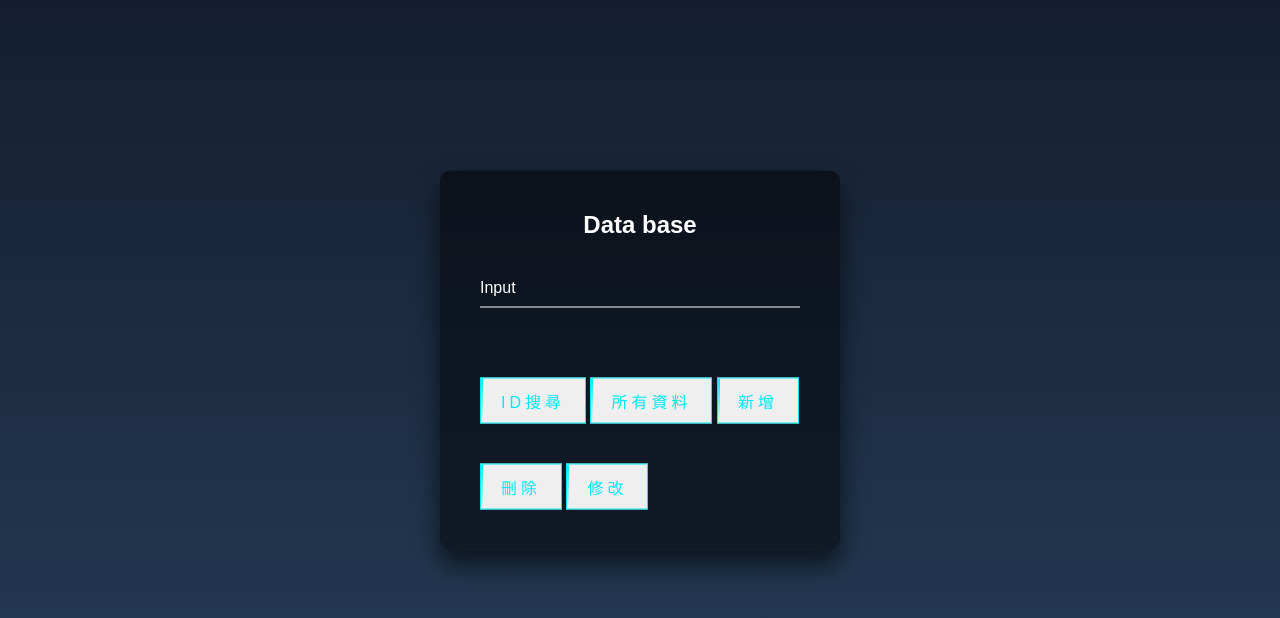
Repository: Ray917x/JaveEEforProject
Page: JSP/src/main/webapp/project/MainPageCSS.html
The author's editor kept a copy of each file at every save. The page is drawn from the files as they stood at one save, then again after the next save.
The browser window is 1280 px wide. The pictures show the whole page.

Above is the page before, as saved 2022-09-14 07:53:01.

After the next save:
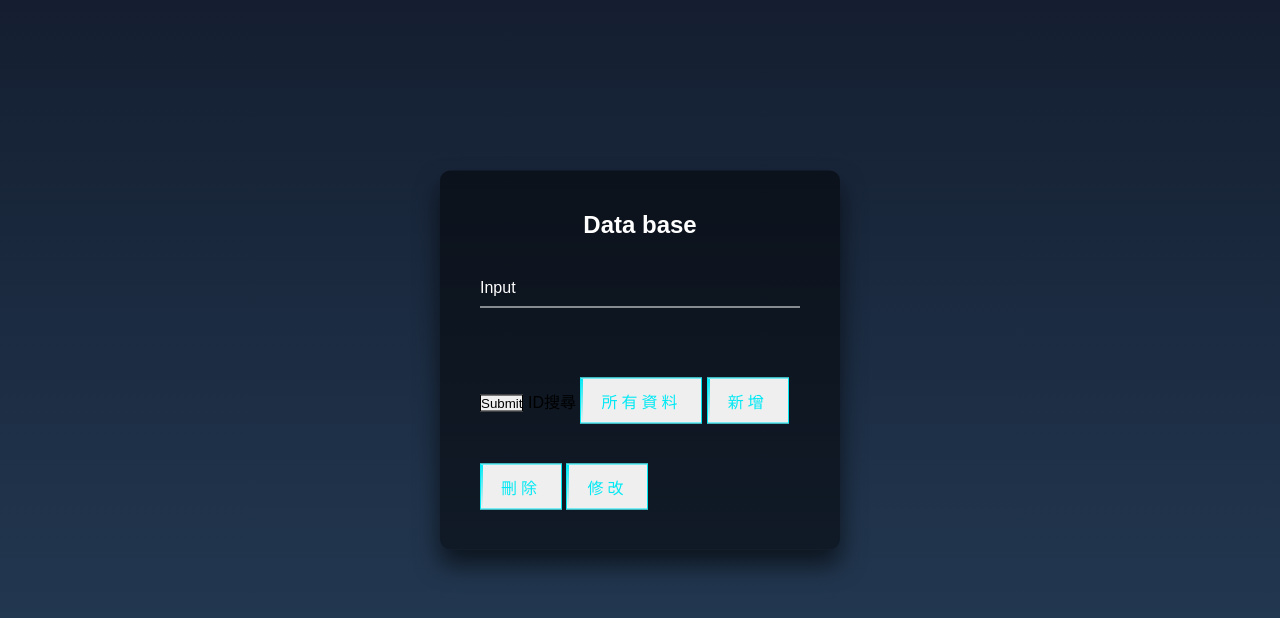
Saved 4 min 28 s later.
--- a/JSP/src/main/webapp/project/MainPageCSS.html
+++ b/JSP/src/main/webapp/project/MainPageCSS.html
@@ -203,13 +203,13 @@
                 <label>Input</label>
             </div>
 
-            <button class="button" type="submit">
+            <input class="button" type="submit" >
             	<span></span>
                 <span></span>
                 <span></span>
                 <span></span>
                 ID搜尋
-            </button>
+            </input>
 
             <button class="button" type="submit" formaction="/JSP/AnimalGetAllJSTL">
                 <span></span>
